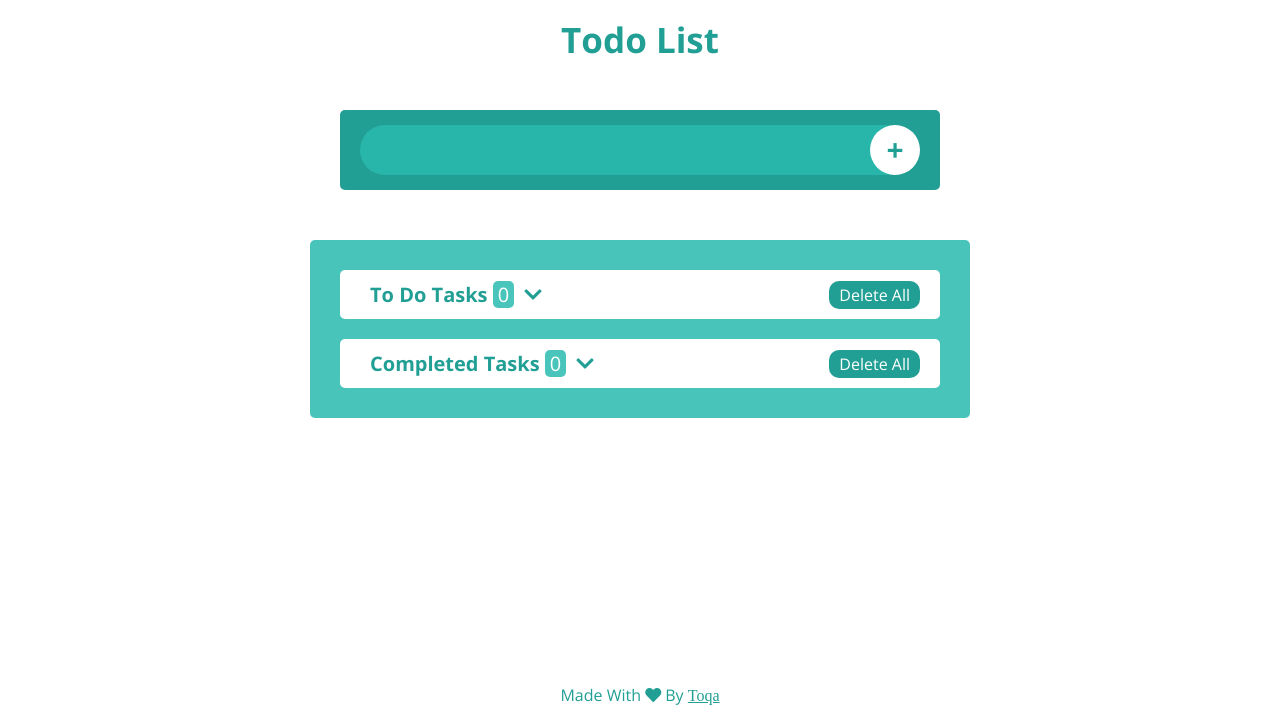
Repository: Toqa-25/todo-list
Page: index.html
The author's editor kept a copy of each file at every save. The page is drawn from the files as they stood at one save, then again after a run of saves.
The browser window is 1280 px wide. The pictures show the whole page.
Some web fonts or font styles are not loaded; a fallback is used.

Above is the page before, as saved 2022-02-07 16:35:31.

### index.html
<!DOCTYPE html>
<html lang="en">
<head>
    <meta charset="UTF-8">
    <meta http-equiv="X-UA-Compatible" content="IE=edge">
    <meta name="viewport" content="width=device-width, initial-scale=1.0">
     <!-- css fils -->
     <link rel="stylesheet" href="css/normalize.css">
     <link rel="stylesheet" href="css/all.min.css">
     <link rel="stylesheet" href="css/style.css">
     <!-- google fonts -->
     <link rel="preconnect" href="https://fonts.googleapis.com">
     <link rel="preconnect" href="https://fonts.gstatic.com" crossorigin>
     <link href="https://fonts.googleapis.com/css2?family=Open+Sans:wght@300;400;500;600;700;800&display=swap" rel="stylesheet">
     <link href="https://fonts.googleapis.com/css2?family=Pushster&amp;display=swap" rel="stylesheet">
     <!-- page title -->
    <title>ToDo List</title>
</head>
<body>
    <section class="todo-section container">
        <div class="todo-main-head ">
            <h2 class="todo-head">todo list</h2>
        </div>
        <div class="todo-input  ">
            <input type="text" name="" id="input-field">
            <span class="pluse" id="plus">+</span>
        </div>
        <div class="todo-group pad ">
        <div class="todo-list doing" id="todo-list-do">
             <div class="todo-list-header-group">
                 <h4 class="todo-list-head">to do tasks <span class="tasks-number"></span><i class="fas fa-chevron-down todo-chevron"></i></h4>
                <button class="btn delet-all-tasks">delete all</button>
            </div>
           <div class="todo-list-content todo">
           </div>
        </div>
        <div class="todo-list completed" id="todo-list-complete">
            <div class="todo-list-header-group">
                <h4 class="todo-list-head">completed tasks <span class="completed-tasks-number"></span><i class="fas fa-chevron-down complete-chevron"></i></h4>
                <button class="btn delet-all-completed-tasks">delete all</button>
            </div>
           <div class="todo-list-content complet">
           </div>
        </div>
        </div>
    </section>
    <div class="bottom-group">
             <p>made with <i class="fas fa-heart"></i> by <a class="developer link-none" href="https://toqa-25.github.io/portfolio/">toqa</a></p>
    </div>

    <script src="js/script.js"></script>
    <script src="https://unpkg.com/sweetalert/dist/sweetalert.min.js"></script>
</body>
</html>

### css/style.css
/* component style */
:root{
    --main-color:#219F94;
    --main-alt-color:#2bbbafda;
    --white-color:#fff;
    --text-color:#C1DEAE;
}
*{
     margin:0;
     padding:0;
     box-sizing: border-box;
}
html{
    scroll-behavior: smooth;
}
body{
    font-family: 'Open Sans', sans-serif;
    min-height: 100vh;
}
.container{
    width:90%;
    margin:0 auto;
}

.pad{
    padding: 30px 0;
}

/* element style */
section{
    display: flex;
    align-items: center;
    flex-direction: column;
    min-height: calc(100vh - 50px);
    gap:50px;

}
.todo-main-head {
    /* padding-top: 20px;
    margin-top: 20px; */
    margin: 20px auto 0;
}
.todo-head {
    color: var(--main-color);
    font-weight: bold;
    text-transform: capitalize;
    font-size: 35px;
    text-align: center;
}
.todo-input{
    background-color: var(--main-color);
    position: relative;
    border-radius: 5px;
    width: 600px;
    margin: 0 auto;
    padding: 15px 0;
}
@media(max-width:991px){
   .todo-input{
       width:90%;
   }
}
#input-field {
    width: calc(100% - 50px);
    margin: 0 20px;
    height: 50px;
    border: none;
    outline: none;
    background-color: var(--main-alt-color);
    color: #fff;
    padding:5px 20px;
    border-radius: 25px;
    -webkit-border-radius: 25px;
    -moz-border-radius: 25px;
    -ms-border-radius: 25px;
    -o-border-radius: 25px;
}
#input-field:focus{

}
.pluse {
    width: 50px;
    height: 50px;
    background-color: var(--white-color);
    border-radius: 50%;
    display: inline-block;
    padding: 21px;
    text-align: center;
    font-size: 30px;
    display: flex;
    justify-content: center;
    align-items: center;
    position: absolute;
    right: 20px;
    top: 50%;
    transform: translateY(-50%);
    color: var(--main-color);
    font-weight: bold;
    cursor: pointer;
}

.todo-group {
    background-color: var(--main-alt-color);
    /* margin-top: 30px; */
    padding: 30px;
    display: flex;
    justify-content: space-between;
    align-items: center;
    gap:20px;
    flex-direction: column;
    width:fit-content;
    border-radius: 5px;

}
.todo-list {
    background-color: var(--white-color);
    padding: 10px 20px;
    color: var(--main-color);
    flex:1;
    border-radius: 5px;
     width: 600px;
}
@media(max-width:767px){

    .todo-list {
        width:100%;
    }
}
.todo-list-content , .complet {
    padding:20px;
    display: none;
}
.todo-list-task-group {
    display: flex;
    justify-content: space-between;
    align-items: center;
    border: 1px solid var(--main-alt-color);
    padding: 5px;
    border-radius: 6px;
    margin-bottom: 10px;
}
.todo-list-task {
    padding: 5px 20px;
    display: flex;
    justify-content: space-between;
    align-items: center;
    position: relative;
    margin:10px 5px;
    width:80%;
}
.todo-list-task:before{
    content:"";
    position: absolute;
    top:0;
    left:0;
    height: 100%;
    background-color: var(--main-alt-color);
    width: 8px;
    border-radius: 0px 100px 100px 0px;
}
.btn {
    color: var(--white-color);
    width: fit-content;
    /* height: 27px; */
    padding: 5px 10px;
    background-color: var(--main-color);
    border: none;
    border-radius: 10px;
    cursor: pointer;
    text-transform: capitalize;
}
.todo-list-header-group {
    display: flex;
    justify-content: space-between;
    align-items: center;
    flex-wrap: wrap;
}
.todo-list-head {
    text-transform: capitalize;
    width: fit-content;
    /* margin: auto; */
    /* text-align: center; */
    padding: 3px 10px;
    font-size: 20px;
}
.todo-list-text {
    /* text-transform: capitalize; */
}
.completed-task{
    position: relative;
}
.todo-list-checked {
    width: 15px;
    height: 15px;
    border: 1px solid var(--main-color);
    border-radius: 3px;
    display: flex;
    justify-content: center;
    align-items: center;
}
.completed-task:after{
    content: "";
    width: 90%;
    height: 2px;
    border-radius: 2px;
    position: absolute;
    top: 50%;
    left: 50%;
    transform: translate(-50%, -50%);
    background-color: var(--main-color);
}
.todo-list-checked i {
    font-size: 15px;
    margin-left: 3px;
    margin-bottom: 0px;
}
.completed-tasks-number,.tasks-number {
    padding: 0px 5px;
    background-color: var(--main-alt-color);
    color: #fff;
    border-radius: 5px;
    font-weight: normal;
}
i.fas.fa-chevron-down {
    margin-left: 10px;
}
.bottom-group{
color:var(--main-color);
text-align: center;
margin: 16px auto;
}
.bottom-group p{
    text-transform:capitalize;
}
.bottom-group p a{
    font-family: 'Pushster', cursive;
     color:var(--main-color);
}
.show{
    display:block;
}
.sign-login-group {
    width: fit-content;
    display: flex;
    justify-content: space-between;
    align-content: center;
    flex-direction: column;
    gap: 30px;
    margin-top: 100px;
}
.todo-input-group {
    min-width: 300px;
    display: flex;
    justify-content: space-between;
    align-content: center;
    flex-wrap: wrap;
    gap: 30px;
}
.todo-input-group label {
    text-transform: capitalize;
    color: var(--main-color);
    font-weight: bold;
}
.todo-input-group input {
    padding: 5px 10px;
    border-radius: 7px;
    border-color: var(--main-color);
    outline: none;
    color: var(--main-color);

}
.buttons-group {
    display: flex;
    justify-content: center;
    width: fit-content;
    align-items: center;
    gap: 10px;
    margin: 0 auto;
}
.buttons-group span{
    text-transform: uppercase;
    font-weight: bold;
    color: var(--main-color);
}
.sign-login-group .btn  {
    margin: auto;
    color: #fff;
    font-size: 18px;
}
.sign-login-group .buttons-group a {
  font-size: 20px;
    color: var(--main-color);
}

@media (max-width:375px){
    .todo-list-head {
    font-size: 12px;
}

.todo-list-header-group .btn{
    margin-left: 8px;
    margin-top: 10px;
}
}

### js/script.js

// const variables
let inputTask = document.getElementById("input-field"),
    plusButton = document.getElementById("plus"),
    toDoContent = document.querySelector(".todo"),
    completeContent = document.querySelector(".complet"),
    taskText = document.querySelector(".todo-list-text"),
    numberOfTasks = document.querySelector(".tasks-number"),
    numberOfCompletedTasks = document.querySelector(".completed-tasks-number"),
    todoChevron = document.querySelector(".todo-chevron"),
    completeChevron = document.querySelector(".complete-chevron"),
    deleteAllTasks = document.querySelector(".delet-all-tasks"),
    deleteAllCompletedTasks = document.querySelector(".delet-all-completed-tasks");

// var variables
var checkedSpan = [...document.querySelectorAll(".todo-list-checked")];
var checkedClasses = [...document.querySelectorAll(".checked")];
var buttonSgroup = [...document.querySelectorAll(".delete")];
let todoList = JSON.parse(localStorage.getItem("tasks"))
  ? JSON.parse(localStorage.getItem("tasks"))
  : [];
let completeList = JSON.parse(localStorage.getItem("completedTasks"))
  ? JSON.parse(localStorage.getItem("completedTasks"))
  : [];
/********************************************************** */
if ( todoList.length >= 1) {
    numberOfTasks.innerHTML = todoList.length;
}
else{
    numberOfTasks.innerHTML = 0;
}

if (completeList && completeList.length >= 1) {
  numberOfCompletedTasks.innerHTML = completeList.length;
} else {
  numberOfCompletedTasks.innerHTML = 0;
}
/********************************************************** */
window.onload = function () {
    inputTask.focus()
}
plusButton.onclick = addTask;
inputTask.addEventListener("keyup", function (event) {
  // Number 13 is the "Enter" key on the keyboard
  if (event.keyCode === 13) {
    addTask();
  }
});
/************************************* */
// 1- add task
function addTask() {
  if (inputTask.value != null && inputTask.value != "") {
      if (todoList.includes(inputTask.value.trim())) {
          swal("This Task is  Already Exists.");
      }
          toDoContent.innerHTML += `  <div class="todo-list-task-group">
                                        <div class="todo-list-task doing-task">
                                            <p class="todo-list-text">${inputTask.value.trim()}</p>
                                            <span id="todo-list-doing" class="todo-list-checked"></span>
                                        </div>
                                        <button class="btn delete">delete</button>
                                    </div>`;
          todoList = [...todoList, inputTask.value.trim()];
          localStorage.setItem("tasks", JSON.stringify(todoList));
          inputTask.value = "";
          currentTasks(toDoContent, todoList);
          checkedSpan = [];
          checkedSpan = [...document.querySelectorAll(".todo-list-checked")];
          checkedTask(checkedSpan);
          buttonSgroup = [];
          buttonSgroup = [...document.querySelectorAll(".delete")];
          deleteUneededTask(buttonSgroup);
          numberOfTasks.innerHTML.innerHTML++;
          inputTask.focus();

  }
  else {
      swal("Enter Your Task");
  }
}

// 2- drow new tasks
function currentTasks(plceContent, tasksArray) {
  plceContent.innerHTML = "";
  for (i = 0; i < tasksArray.length; i++) {
    plceContent.innerHTML += `<div class="todo-list-task-group">
                <div class="todo-list-task doing-task">
                <p class="todo-list-text">${tasksArray[i]}</p>
                <span id="todo-list-doing" class="todo-list-checked"></span>
                </div>
                <button class="btn delete">delete</button>
                </div>`;
  }
  checkedSpan = [];
  checkedSpan = [...document.querySelectorAll(".todo-list-checked")];
  checkedTask(checkedSpan);
//   console.log("current", checkedSpan);
  buttonSgroup = [];
  buttonSgroup = [...document.querySelectorAll(".delete")];
    deleteUneededTask(buttonSgroup);
       numberOfTasks.innerHTML = "";
       numberOfTasks.innerHTML = todoList.length;
}
currentTasks(toDoContent, todoList);

// 3- drow new tasks
function currentCheckedTasks(plceContent, tasksArray) {
  plceContent.innerHTML = "";
  for (i = 0; i < tasksArray.length; i++) {
    plceContent.innerHTML += `<div class="todo-list-task-group ">
                <div class="todo-list-task doing-task completed-task">
                <p class="todo-list-text">${tasksArray[i]}</p>
                <span id="todo-list-doing" class="todo-list-checked checked"><i class="fas fa-check"></i></span>
                </div>
                <button class="btn delete">delete</button>
                </div>`;
  }
  checkedClasses = [];
  checkedClasses = [...document.querySelectorAll(".checked")];
  unCheckedTask(checkedClasses);
  buttonSgroup = [];
  buttonSgroup = [...document.querySelectorAll(".delete")];
    deleteUneededTask(buttonSgroup);
        numberOfCompletedTasks.innerHTML = "";
        numberOfCompletedTasks.innerHTML = completeList.length;
}
currentCheckedTasks(completeContent, completeList);

// 4- drow completed tasks

function checkedTask(checkBoxs) {
  checkBoxs.forEach((checkBox) => {
    checkBox.onclick = function addChecked(checkBox) {
      deleteTask(checkBox.currentTarget);
      transformTask(checkBox.currentTarget);
    };
  });
}
checkedTask(checkedSpan);

//5- drow uncompleted Tasks
function unCheckedTask(checkBoxs) {
  checkBoxs.forEach((checkBox) => {
    checkBox.onclick = function addChecked(checkBox) {
      deleteTask(checkBox.currentTarget);
        transformTask(checkBox.currentTarget);
    };
  });
}
unCheckedTask(checkedClasses);

// 6- delete tasks
/************************************* */
function deleteTask(current) {
  let currentParent = current.parentElement,
    element = currentParent.parentElement,
    elementFirstParent = element.firstElementChild,
    elementText = elementFirstParent.firstElementChild.innerHTML;
    if (elementFirstParent.classList.contains("completed-task")) {
        completeList.splice(completeList.indexOf(elementText), 1);
        localStorage.setItem("completedTasks", JSON.stringify(completeList));
        numberOfCompletedTasks.innerHTML = ""
        numberOfCompletedTasks.innerHTML = completeList.length

} else {
    todoList.splice(todoList.indexOf(elementText), 1);
    localStorage.setItem("tasks", JSON.stringify(todoList));
    numberOfTasks.innerHTML = ""
    numberOfTasks.innerHTML = todoList.length
}
element.remove();
console.log(element);
console.log(elementText);
}

function transformTask(current) {
  let currentParent = current.parentElement,
    element = currentParent.parentElement,
    elementFirstParent = element.firstElementChild,
    elementText = elementFirstParent.firstElementChild.innerHTML;
  if (elementFirstParent.classList.contains("completed-task")) {
    todoList = [...todoList, elementText];
    localStorage.setItem("tasks", JSON.stringify(todoList));
    currentTasks(toDoContent, todoList);
  } else {
    // completeList.push(elementText);
        completeList = [...completeList, elementText];
    localStorage.setItem("completedTasks", JSON.stringify(completeList));
    currentCheckedTasks(completeContent, completeList);
  }
}

function deleteUneededTask(checkBoxs) {
  checkBoxs.forEach((checkBox) => {
    checkBox.onclick = function addChecked(checkBox) {
      let element = checkBox.currentTarget.parentElement,
        elementFirstParent = element.firstElementChild,
        elementText = elementFirstParent.firstElementChild.innerHTML;

      element.remove();
      if (elementFirstParent.classList.contains("completed-task")) {
        completeList.splice(completeList.indexOf(elementText), 1);
          localStorage.setItem("completedTasks", JSON.stringify(completeList));
              numberOfCompletedTasks.innerHTML = "";
              numberOfCompletedTasks.innerHTML = completeList.length;
      } else {
        todoList.splice(todoList.indexOf(elementText), 1);
        localStorage.setItem("tasks", JSON.stringify(todoList));
           numberOfTasks.innerHTML = "";
           numberOfTasks.innerHTML = todoList.length;
      }
      console.log(elementText);
      console.log(elementFirstParent);
      console.log(element);
    };
  });
}
deleteUneededTask(buttonSgroup);


todoChevron.onclick = function (){
    toDoContent.classList.toggle("show")
}
completeChevron.onclick = function () {
  completeContent.classList.toggle("show")
};

deleteAllTasks.onclick = function () {
    toDoContent.innerHTML = ""
    todoList = [];
    localStorage.setItem("tasks", JSON.stringify(todoList));
    currentTasks(toDoContent, todoList);
}
deleteAllCompletedTasks.onclick = function () {
  toDoContent.innerHTML = "";
  completeList = [];
  localStorage.setItem("completedTasks", JSON.stringify(completeList));
  currentCheckedTasks(completeContent, completeList);
};

Loaded but not shown: css/normalize.css (library); css/all.min.css (library)

After the next 2 saves:
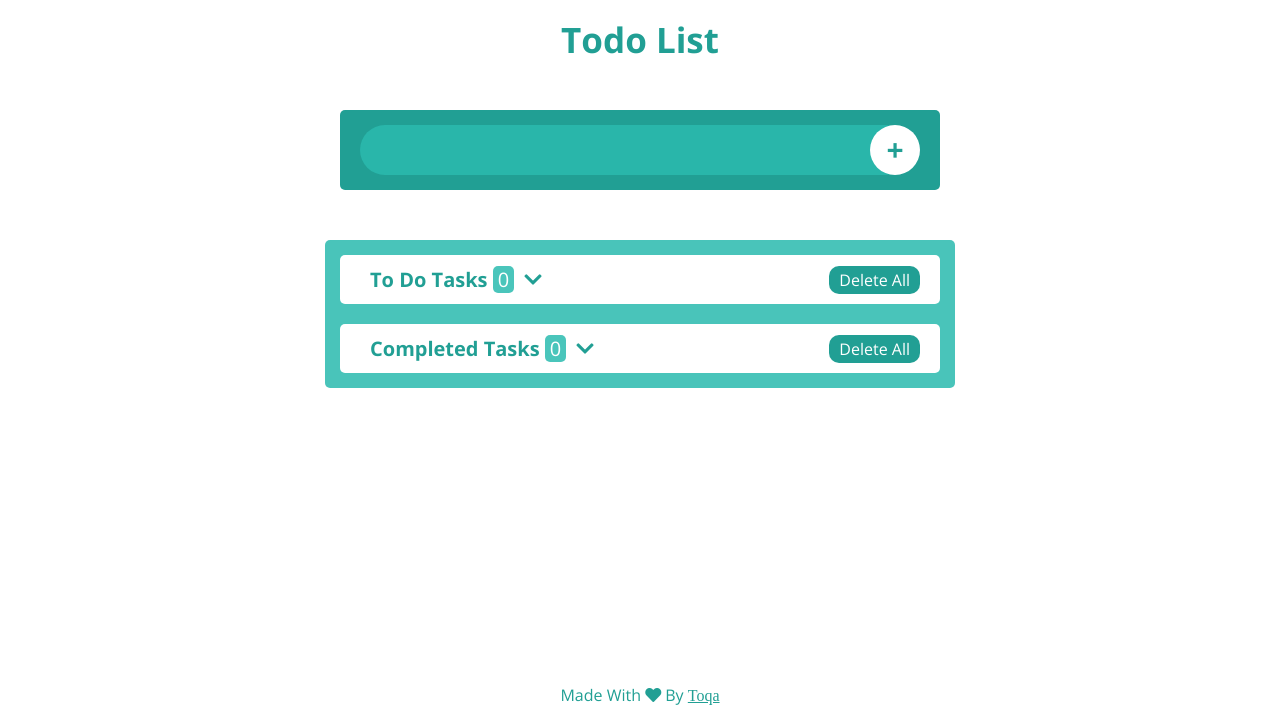
The 2 saves are shown as one change because they came seconds apart.
The last was saved 3 min 32 s later.
--- a/css/style.css
+++ b/css/style.css
@@ -102,7 +102,7 @@ section{
 .todo-group {
     background-color: var(--main-alt-color);
     /* margin-top: 30px; */
-    padding: 30px;
+    padding: 15px;
     display: flex;
     justify-content: space-between;
     align-items: center;
